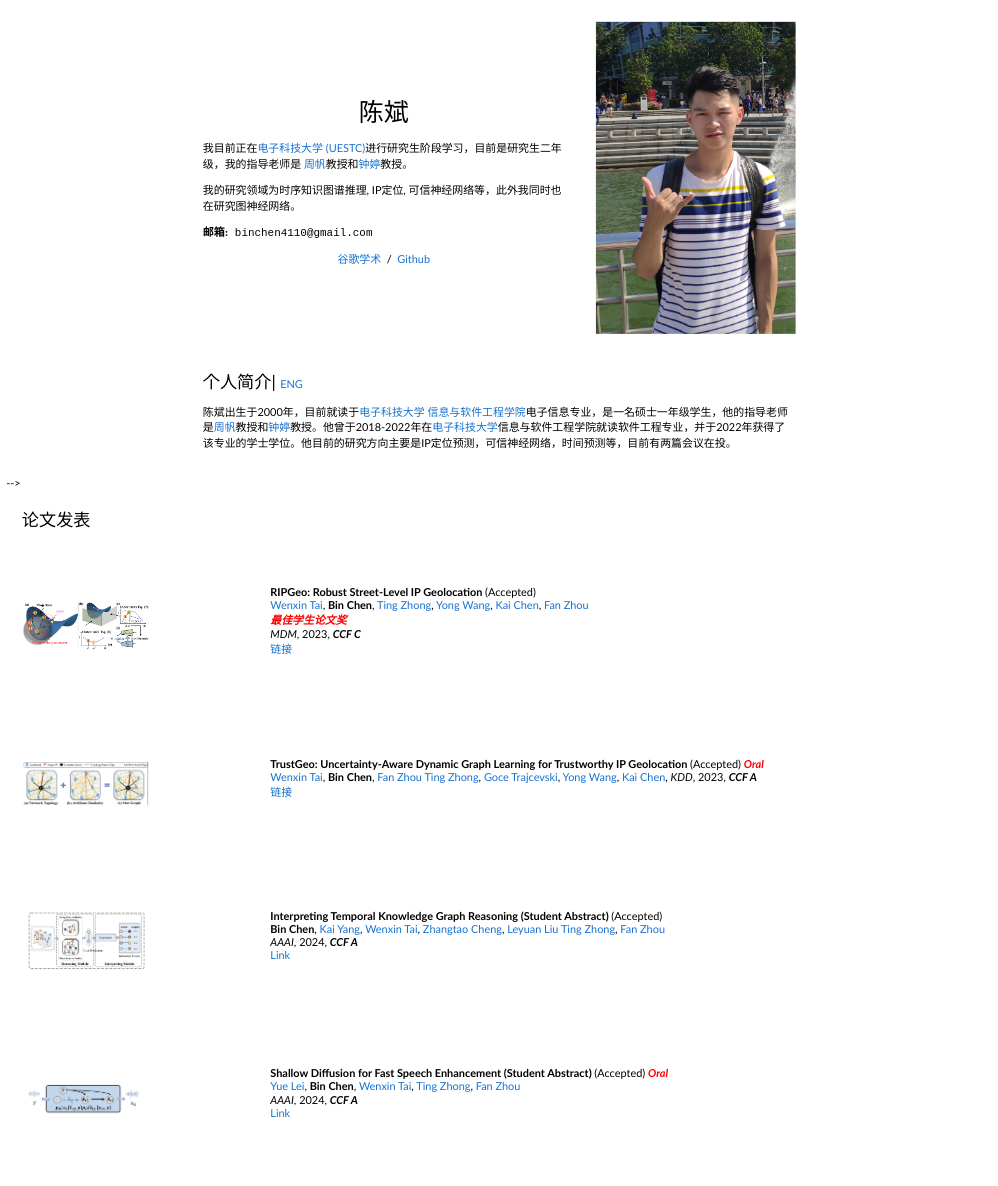
Repository: b1nchen/b1nchen.github.io
Page: index_CHN.html
The author's editor kept a copy of each file at every save. The page is drawn from the files as they stood at one save, then again after the next save.
The browser window is 1280 px wide. The pictures show the part of the page from y = 0 to 1521 px (the page is 1893 px tall), at 78% of full size.
A picture or video elsewhere on the page could not be fetched, so the positions and the page height are approximate.

Above is the page before, as saved 2023-12-31 09:45:50.

### index_CHN.html
<!DOCTYPE HTML>
<html lang="en">

<head>
  <meta http-equiv="Content-Type" content="text/html; charset=UTF-8">

  <title>Bin Chen</title>

  <meta name="author" content="Bin Chen">
  <meta name="viewport" content="width=device-width, initial-scale=1">

  <link rel="stylesheet" type="text/css" href="stylesheet.css">
  <link rel="icon" href="images/uestc_icon.jpeg">
</head>

<body>
  <table
    style="width:100%;max-width:800px;border:0px;border-spacing:0px;border-collapse:separate;margin-right:auto;margin-left:auto;">
    <tbody>
      <tr style="padding:0px">
        <td style="padding:0px">
          <table
            style="width:100%;border:0px;border-spacing:0px;border-collapse:separate;margin-right:auto;margin-left:auto;">
            <tbody>
              <tr style="padding:0px">
                <td style="padding:2.5%;width:63%;vertical-align:middle">
                  <p style="text-align:center">
                    <name>陈斌</name>
                  </p>
                  <p>我目前正在<a href="https://en.uestc.edu.cn/">电子科技大学 (UESTC)</a>进行研究生阶段学习，目前是研究生二年级，我的指导老师是 <a
                      href="https://scholar.google.com/citations?user=Ihj2Rw8AAAAJ">周帆</a>教授和<a
                      href="https://scholar.google.com/citations?user=Mdr0XDkAAAAJ">钟婷</a>教授。
                  </p>
                  <p>
                    我的研究领域为时序知识图谱推理, IP定位, 可信神经网络等，此外我同时也在研究图神经网络。
                  </p>
                  <p style="font-family: 'Courier New', Courier, monospace;">
                    <b style="font-family: 'Times New Roman', Times, serif;">邮箱:</b> binchen4110@gmail.com
                    <br>
                    <!-- &nbsp &nbsp &nbsp
                    haoyang[dot]yu417[at]outlook.com <br> -->


                  </p>
                  <p style="text-align:center">
                    <!-- <a href="resume/resume_chn.pdf">个人简历</a> &nbsp/&nbsp -->
                    <a href="https://scholar.google.com/citations?user=x3ufhFAAAAAJ/">谷歌学术</a>
                    &nbsp/&nbsp
                    <a href="https://github.com/binchen4110/">Github</a>
                  </p>

                </td>
                <td style="padding:2.5%;width:40%;max-width:40%">
                  <a href="images/profile.jpg"><img style="width:100%;max-width:100%" alt="profile photo"
                      src="images/profile.jpg" class="hoverZoomLink"></a>
                </td>
              </tr>
            </tbody>
          </table>

          <table
            style="width:100%;border:0px;border-spacing:0px;border-collapse:separate;margin-right:auto;margin-left:auto;">
            <tbody>
              <tr>
                <td style="padding:20px;width:100%;vertical-align:middle">
                  <heading>个人简介| <a href="index.html">ENG</a>
                  </heading>
                  <p>
                    陈斌出生于2000年，目前就读于<a
                    href="https://www.uestc.edu.cn/">电子科技大学</a>  <a
                    href="https://www.sise.uestc.edu.cn/">信息与软件工程学院</a>电子信息专业，是一名硕士一年级学生，他的指导老师是<a
                      href="https://scholar.google.com/citations?user=Ihj2Rw8AAAAJ">周帆</a>教授和<a
                      href="https://scholar.google.com/citations?user=Mdr0XDkAAAAJ">钟婷</a>教授。他曾于2018-2022年在<a href="https://www.uestc.edu.cn/">电子科技大学</a>信息与软件工程学院就读软件工程专业，并于2022年获得了该专业的学士学位。他目前的研究方向主要是IP定位预测，可信神经网络，时间预测等，目前有两篇会议在投。<br>

                  </p>
                </td>
              </tr>
            </tbody>
          </table>
          <table
            style="width:100%;border:0px;border-spacing:0px;border-collapse:separate;margin-right:auto;margin-left:auto;">
            <tbody>

            </tbody>
          </table>

          <!-- <table
            style="width:100%;border:0px;border-spacing:0px;border-collapse:separate;margin-right:auto;margin-left:auto;">
            <tbody>
              <tr>
                <td style="padding:20px;width:100%;vertical-align:middle">
                  <heading>教育经历</heading>
                </td>
              </tr>
            </tbody>
          </table>
          <table width="100%" align="center" border="0" cellpadding="20">
            <tbody>

              <tr>
                <td style="padding:20px;width:25%;vertical-align:middle">
                  <div class="flexbox">
                    <img src='images/uestc_icon.jpeg' width="100px">
                  </div>
                </td>
                <td style="padding:20px;width:75%;vertical-align:middle">
                  <p>电子科技大学信息与软件工程学院，软件工程，工学学士，<em>2018 -  2022 </em></p>
                  <ul>
                    <li>
                      2019 - 2020 学业二等奖学金
                    </li>
                    <li>
                      2021 - 2022 学业标兵奖学金
                    </li>
                    <li>
                      GPA: 3.65/4.0
                    </li>
                  </ul>
                  <p> </p>
                </td>
              </tr>


              <tr>
                <td style="padding:20px;width:25%;vertical-align:middle">
                  <div class="flexbox">
                    <img src='images/uestc_icon.jpeg' width="100px">
                  </div>
                </td>
                <td style="padding:20px;width:75%;vertical-align:middle">
                  <p>电子科技大学信息员软件工程学院，电子信息，硕士研究生，<em>2022 - 至今</em></p>
                  <ul>
                    <li>2022 - 2023 研究生三等学业奖学金</li>
                  </ul>
                </td>
              </tr>


              <!-- <tr>
                <td align="center" style="padding:20px;width:25%;vertical-align:middle">
                  <heading>Basically <br> Blog Posts</heading>
                </td>
                <td width="75%" valign="middle">
                  <a href="https://arxiv.org/abs/2112.11687">Squareplus: A Softplus-Like Algebraic Rectifier</a>
                  <br>
                  <a href="https://arxiv.org/abs/2010.09714">A Convenient Generalization of Schlick's Bias and Gain
                    Functions</a>
                  <br>
                  <a href="https://arxiv.org/abs/1704.07483">Continuously Differentiable Exponential Linear Units</a>
                </td>
              </tr> -->


            </tbody>
          </table> -->

          <table width="100%" align="center" border="0" cellspacing="0" cellpadding="20">
            <tbody>
              <tr>
                <td>
                  <heading>论文发表</heading>
                </td>
              </tr>
            </tbody>
          </table>
          <table width="100%" align="center" border="0" cellpadding="20">
            <tbody>

              <!-- MDM 2023 -->
                <tr onmouseout="ripgeo_data()" onmouseover="ripgeo_para()">
                  <td style="padding:20px;width:25%;vertical-align:middle">
                    <div class="one">
                      <div class="two" id='data'>
                        <img src='images/ripgeo_perturb_data.png' width="160">


                      </div>
                      <img src="images/ripgeo_perturb_para.png" width="160">
                    </div>
                    <script type="text/javascript">
                      function ripgeo_data() {
                        document.getElementById('data').style.opacity = "0";
                      }

                      function ripgeo_para() {
                        document.getElementById('data').style.opacity = "1";
                      }
                      ripgeo_data()
                    </script>
                  </td>
                  <td style="padding:20px;width:75%;vertical-align:middle">

                    <papertitle>RIPGeo: Robust Street-Level IP Geolocation </papertitle>(Accepted)

                    <br>
                    <a href="https://scholar.google.com/citations?user=YyxocAIAAAAJ">Wenxin Tai</a>,
                    <strong>Bin Chen</strong>,
                    <a href="https://scholar.google.com/citations?user=Mdr0XDkAAAAJ">Ting Zhong</a>,
                    <a>Yong Wang</a>,
                    <a href="https://scholar.google.com/citations?user=tnRV5QYAAAAJ">Kai Chen</a>,
                    <a href="https://scholar.google.com/citations?user=Ihj2Rw8AAAAJ">Fan Zhou</a>

                    <br>
                    <em><b style="color:red">最佳学生论文奖</b></em>
                    <br>
                    <em>MDM</em>, 2023, <em><strong>CCF C</strong></em>
                    <br>
                    <a href="https://drive.google.com/file/d/1j4smzenp6JkSxMC43B8BnPLQ7Mr1zgMb/view?usp=sharing">链接</a>

                    <!-- <a href="https://ieeexplore.ieee.org/document/9747900">链接</a>,
                    <a href="https://youtu.be/uT1pEfHbo14">视频</a>,
                    <a href="papers/ICASSP_5513_poster.pdf">海报</a>,
                    <a href="papers/ICASSP_slides.pptx">幻灯片</a>,
                    <a href="papers/ICASSP_2022_FUFI.pdf">下载</a>
                    <p></p>
                    <p>We incorporate evidential learning into IP geolocation to improve the stability of the system.. -->
                    </p>
                  </td>
                </tr>


                <!-- KDD 2023 -->
                <tr onmouseout="FUFI_intro()" onmouseover="FUFI_end()">
                  <td style="padding:20px;width:25%;vertical-align:middle">
                    <div class="one">
                      <div class="two" id='method'>
                        <img src='images/trustgeo_method.png' width="160">


                      </div>
                      <img src="images/trustgeo_model.png" width="160">
                    </div>
                    <script type="text/javascript">
                      function FUFI_intro() {
                        document.getElementById('method').style.opacity = "0";
                      }

                      function FUFI_end() {
                        document.getElementById('method').style.opacity = "1";
                      }
                      FUFI_intro()
                    </script>
                  </td>
                  <td style="padding:20px;width:75%;vertical-align:middle">

                    <papertitle>TrustGeo: Uncertainty-Aware Dynamic Graph Learning for Trustworthy IP Geolocation </papertitle>(Accepted) <em><b style="color:red">Oral</b></em>
                    <br>
                    <a href="https://scholar.google.com/citations?user=YyxocAIAAAAJ">Wenxin Tai</a>,
                    <strong>Bin Chen</strong>,
                    <a href="https://scholar.google.com/citations?user=Ihj2Rw8AAAAJ">Fan Zhou</a>
                    <a href="https://scholar.google.com/citations?user=Mdr0XDkAAAAJ">Ting Zhong</a>,
                    <a href="https://scholar.google.com/citations?user=Avus2kcAAAAJ">Goce Trajcevski</a>,
                    <a>Yong Wang</a>,
                    <a href="https://scholar.google.com/citations?user=tnRV5QYAAAAJ">Kai Chen</a>,

                    <em>KDD</em>, 2023, <em><strong>CCF A</strong></em>
                    <br>
                    <a href="https://drive.google.com/file/d/1PgxtmzdQAYr9Ti3rvHGgnyf05PbP-WwI/view?usp=drive_link">链接</a>
                    <!-- <a href="https://ieeexplore.ieee.org/document/9747900">链接</a>,
                    <a href="https://youtu.be/uT1pEfHbo14">视频</a>,
                    <a href="papers/ICASSP_5513_poster.pdf">海报</a>,
                    <a href="papers/ICASSP_slides.pptx">幻灯片</a>,
                    <a href="papers/ICASSP_2022_FUFI.pdf">下载</a>
                    <p></p>
                    <p>We incorporate evidential learning into IP geolocation to improve the stability of the system.. -->
                    </p>
                  </td>
                </tr>

              <!-- AAAI 2024 poster TKG -->
             <tr onmouseout="FUFI_intro()" onmouseover="FUFI_end()">
              <td style="padding:20px;width:25%;vertical-align:middle">
                <div class="one">
                  <div class="two" id='method'>
                    <img src='images/poster_tkg_model.png' width="160">


                  </div>
                  <img src="images/poster_tkg_model.png" width="160">
                </div>
                <script type="text/javascript">
                  function FUFI_intro() {
                    document.getElementById('method').style.opacity = "0";
                  }

                  function FUFI_end() {
                    document.getElementById('method').style.opacity = "1";
                  }
                  FUFI_intro()
                </script>
              </td>
              <td style="padding:20px;width:75%;vertical-align:middle">

                <papertitle>Interpreting Temporal Knowledge Graph Reasoning (Student Abstract) </papertitle>(Accepted)


                <br>
                <strong>Bin Chen</strong>,
                <a >Kai Yang</a>,
                <a href="https://scholar.google.com/citations?user=YyxocAIAAAAJ">Wenxin Tai</a>,
                <a href="https://scholar.google.com/citations?user=CU28LO0AAAAJ">Zhangtao Cheng</a>,
                <a >Leyuan Liu</a>
                <a href="https://scholar.google.com/citations?user=Mdr0XDkAAAAJ">Ting Zhong</a>,
                <a href="https://scholar.google.com/citations?user=Ihj2Rw8AAAAJ">Fan Zhou</a>

                <br>
                <em>AAAI</em>, 2024, <em><strong>CCF A</strong></em>
                <br>

                <a href="https://drive.google.com/file/d/1ImUhgVkMv5C81vaafmy5OZgBbMWER7VD/view?usp=sharing">Link</a>
                <!-- <a href="https://ieeexplore.ieee.org/document/9747900">链接</a>,
                <a href="https://youtu.be/uT1pEfHbo14">视频</a>,
                <a href="papers/ICASSP_5513_poster.pdf">海报</a>,
                <a href="papers/ICASSP_slides.pptx">幻灯片</a>,
                <a href="papers/ICASSP_2022_FUFI.pdf">下载</a>
                <p></p>
                <p>We incorporate evidential learning into IP geolocation to improve the stability of the system.. -->
                </p>
              </td>
            </tr>

            <!-- AAAI 2024 poster SE -->
            <tr onmouseout="FUFI_intro()" onmouseover="FUFI_end()">
              <td style="padding:20px;width:25%;vertical-align:middle">
                <div class="one">
                  <div class="two" id='method'>
                    <img src='images/poster_se_model.png' width="160">


                  </div>
                  <img src="images/poster_se_model.png" width="160">
                </div>
                <script type="text/javascript">
                  function FUFI_intro() {
                    document.getElementById('method').style.opacity = "0";
                  }

                  function FUFI_end() {
                    document.getElementById('method').style.opacity = "1";
                  }
                  FUFI_intro()
                </script>
              </td>
              <td style="padding:20px;width:75%;vertical-align:middle">

                <papertitle>Shallow Diffusion for Fast Speech Enhancement (Student Abstract) </papertitle>(Accepted) <em><b style="color:red">Oral</b></em>


                <br>
                <a >Yue Lei</a>,
                <strong>Bin Chen</strong>,
                <a href="https://scholar.google.com/citations?user=YyxocAIAAAAJ">Wenxin Tai</a>,
                <a href="https://scholar.google.com/citations?user=Mdr0XDkAAAAJ">Ting Zhong</a>,
                <a href="https://scholar.google.com/citations?user=Ihj2Rw8AAAAJ">Fan Zhou</a>

                <br>
                <em>AAAI</em>, 2024, <em><strong>CCF A</strong></em>
                <br>

                <a href="https://drive.google.com/file/d/1vhuNWVOHZbYhlZzuUdz6WUCO4DCSFOf0/view?usp=sharing">Link</a>
                <!-- <a href="https://ieeexplore.ieee.org/document/9747900">链接</a>,
                <a href="https://youtu.be/uT1pEfHbo14">视频</a>,
                <a href="papers/ICASSP_5513_poster.pdf">海报</a>,
                <a href="papers/ICASSP_slides.pptx">幻灯片</a>,
                <a href="papers/ICASSP_2022_FUFI.pdf">下载</a>
                <p></p>
                <p>We incorporate evidential learning into IP geolocation to improve the stability of the system.. -->
                </p>
              </td>
            </tr>


              </tbody>
          </table>
        </td>
      </tr>
  </table>
  <center>
  <p>
    <font size="2">
      <font size="2">
        <font size="2">&nbsp;<br>自2023年2月来的第
          &nbsp; <a href="https://www.easycounter.com/">
            <img src="https://www.easycounter.com/counter.php?hyson"
            border="0" alt="Web Site Hit Counter"></a> <i>
            <font face="Arial" size="2"></font>
          </i></font>位独立访客
      </font>
    </font>
  </p>


  <!-- <p><script type="text/javascript" id="clustrmaps" src="//clustrmaps.com/map_v2.js?d=zTeQ7rUwgmcb-VHkgGnJarI7gvpzTVAFessGPwxe0HU&cl=ffffff&w=a"></script></p> -->
  <p style="color: #AAAAAA;">© 2023 陈斌 | Powered by <a href="https://pattonyu.github.io/">余昊扬</a> and <a href="https://jonbarron.info/">Jon Barron </a> | 更新时间
      2023-02-28 |
      友情链接: <a href="https://xovee.cn">Xovee Xu</a></p>
  </center>
</body>

</html>

Loaded but not shown: stylesheet.css (162 lines, source omitted)

After the next save:
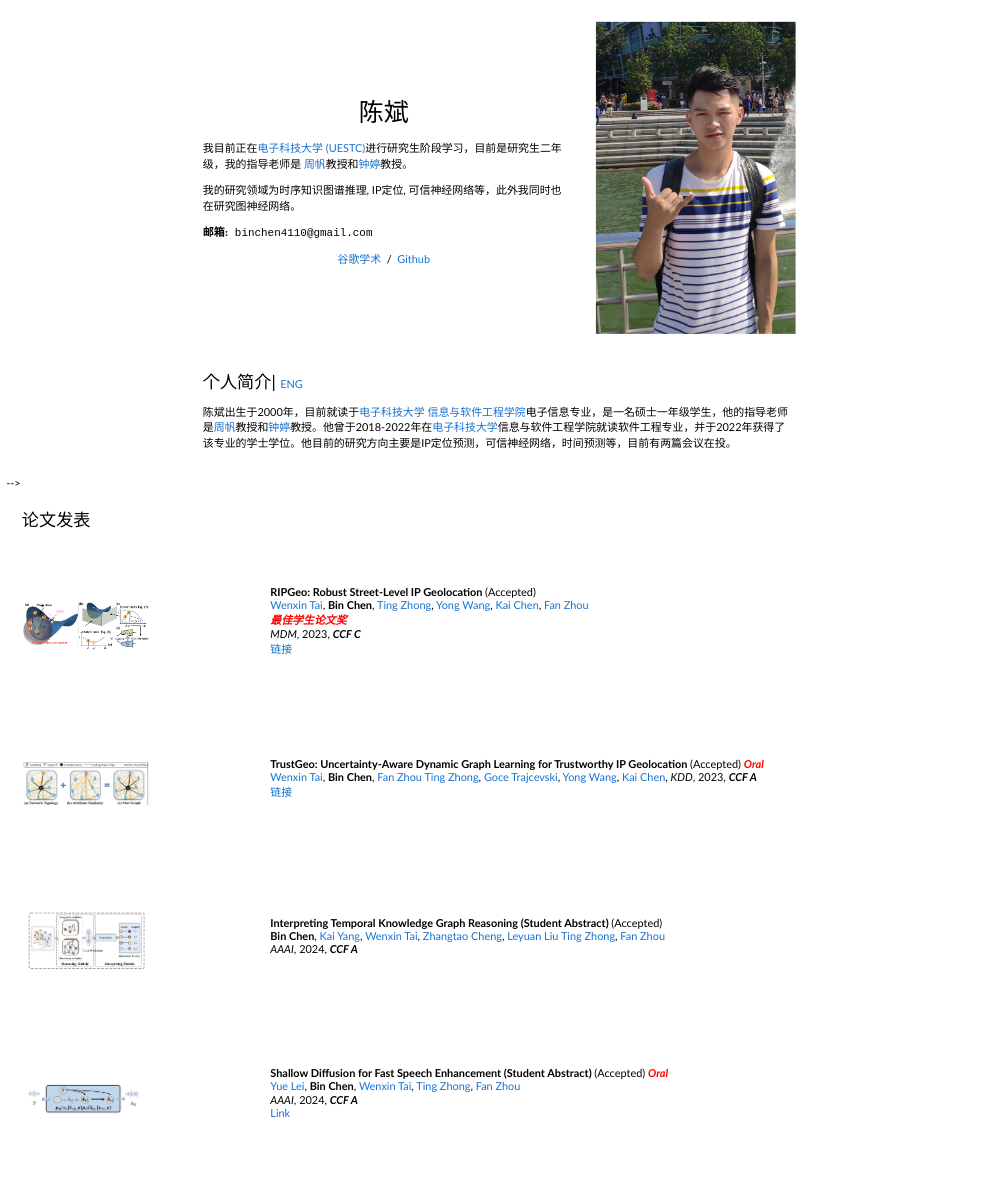
Saved 31 s later.
--- a/index_CHN.html
+++ b/index_CHN.html
@@ -307,7 +307,7 @@
                 <em>AAAI</em>, 2024, <em><strong>CCF A</strong></em>
                 <br>
 
-                <a href="https://drive.google.com/file/d/1ImUhgVkMv5C81vaafmy5OZgBbMWER7VD/view?usp=sharing">Link</a>
+                <a href="https://drive.google.com/file/d/1ImUhgVkMv5C81vaafmy5OZgBbMWER7VD/view?usp=sharing"></a>
                 <!-- <a href="https://ieeexplore.ieee.org/document/9747900">链接</a>,
                 <a href="https://youtu.be/uT1pEfHbo14">视频</a>,
                 <a href="papers/ICASSP_5513_poster.pdf">海报</a>,

After the 2 saves that followed:
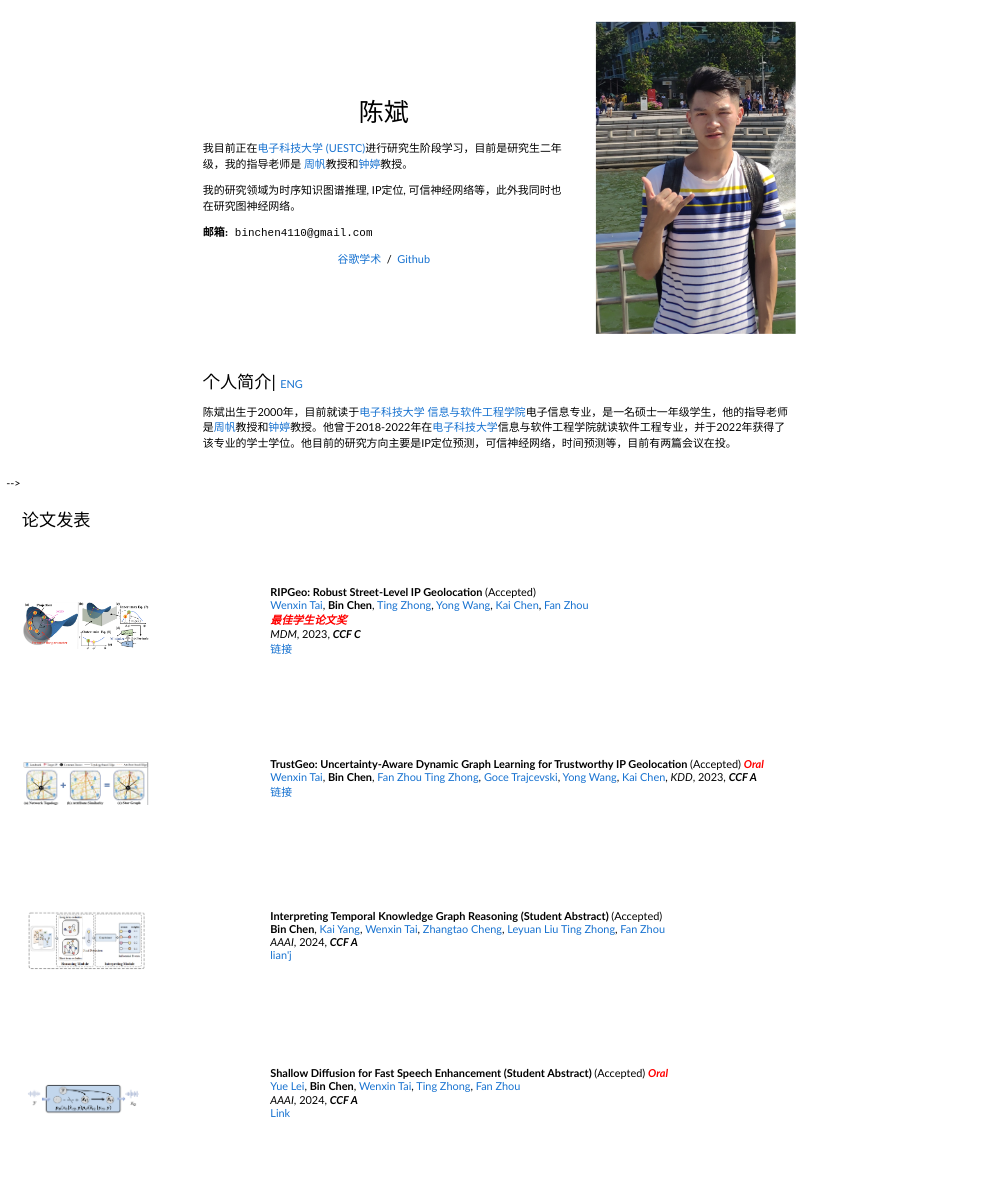
The 2 saves are shown as one change because they came seconds apart.
The last was saved 9 s later.
--- a/index_CHN.html
+++ b/index_CHN.html
@@ -307,7 +307,7 @@
                 <em>AAAI</em>, 2024, <em><strong>CCF A</strong></em>
                 <br>
 
-                <a href="https://drive.google.com/file/d/1ImUhgVkMv5C81vaafmy5OZgBbMWER7VD/view?usp=sharing"></a>
+                <a href="https://drive.google.com/file/d/1ImUhgVkMv5C81vaafmy5OZgBbMWER7VD/view?usp=sharing">lian'j</a>
                 <!-- <a href="https://ieeexplore.ieee.org/document/9747900">链接</a>,
                 <a href="https://youtu.be/uT1pEfHbo14">视频</a>,
                 <a href="papers/ICASSP_5513_poster.pdf">海报</a>,
